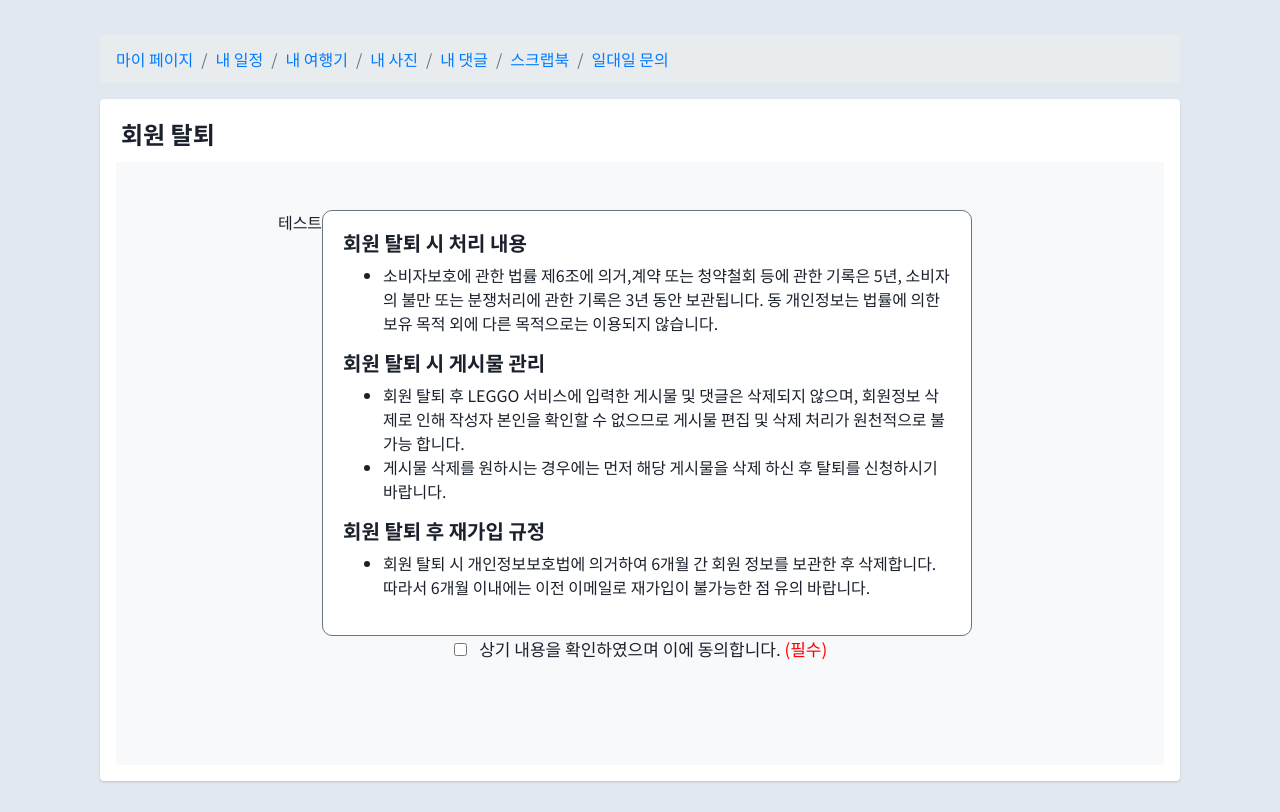
Repository: jangseohyun/LEGGO_2021
Page: http://localhost/PrjApp/Quit.jsp
The author's editor kept a copy of each file at every save. The page is drawn from the files as they stood at one save, then again after the next save.
The browser window is 1280 px wide. The pictures show the whole page.
Some web libraries are served in a nearby version. The page is served by Tomcat 9.

Above is the page before, as saved 2021-06-30 14:26:07.

After the next save:
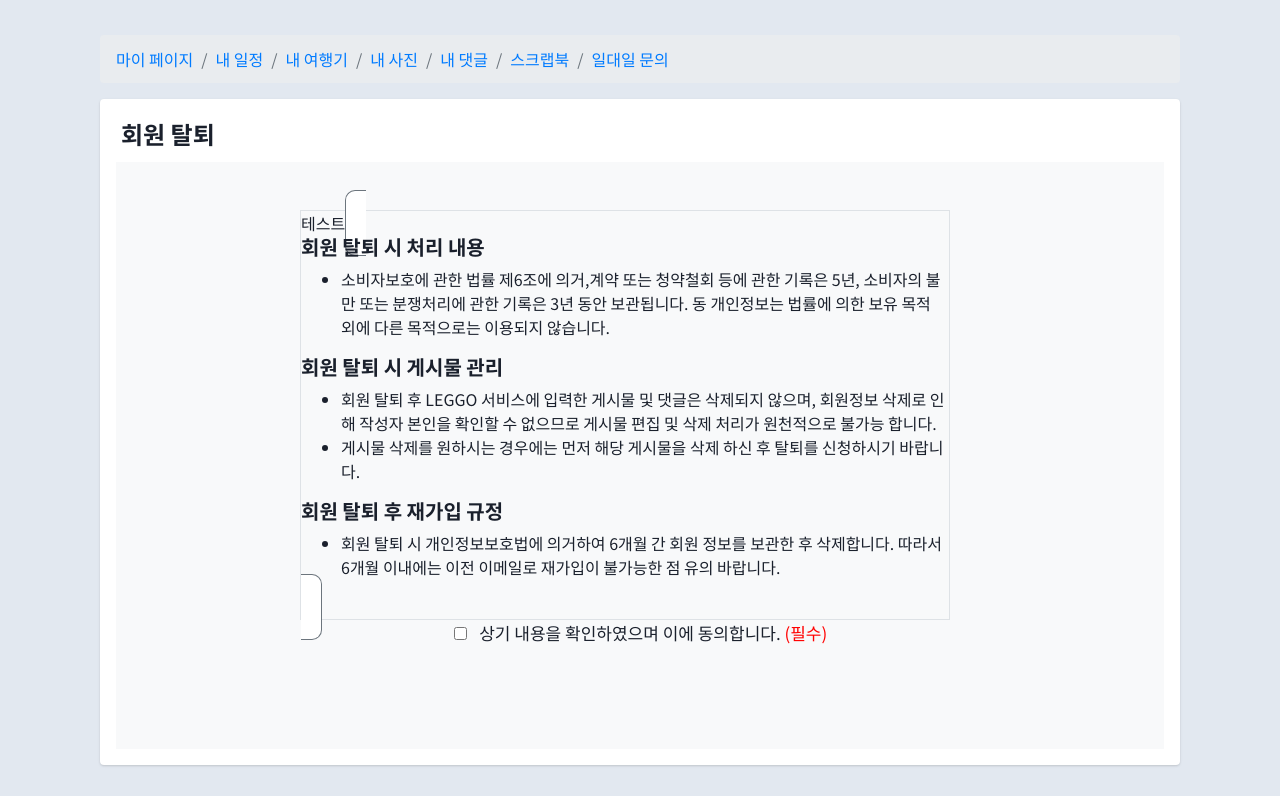
Saved 25 s later.
--- a/PrjApp/WebContent/Quit.jsp
+++ b/PrjApp/WebContent/Quit.jsp
@@ -49,6 +49,7 @@ String cp = request.getContextPath();
 						탈퇴</h4>
 					<div class="album py-5 bg-light">
 						<div class="container row justify-content-center">
+						<div class="border">
 						테스트
 							<span class="border border-secondary"
 								style="padding: 20px; width: 650px; background-color: white; border-radius: 10px;">
@@ -70,6 +71,7 @@ String cp = request.getContextPath();
 										6개월 이내에는 이전 이메일로 재가입이 불가능한 점 유의 바랍니다.</li>
 								</ul>
 							</span>
+							</div>
 						</div>
 						<div class="text-center">
 							<label style="font-size: 17px;"> <input type="checkbox"
